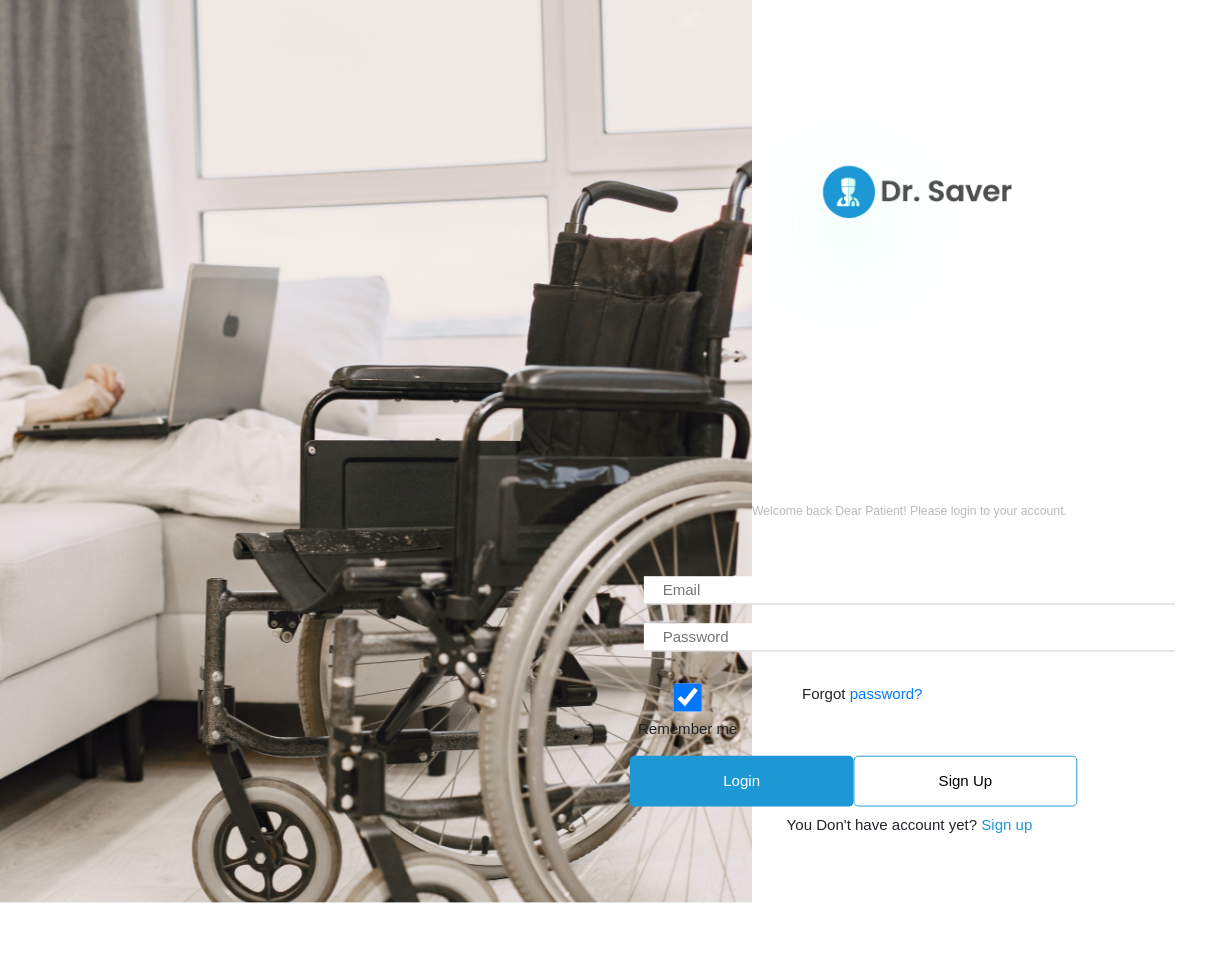
Repository: nsra/hadeel_doctor_system
Page: patient/Plogin.html
An editor plug-in stored every save of this project. The page is shown before and after a run of saves, followed by the edit.
The browser window is 1280 px wide. The page is 1295 px wide, so the pictures cover 1295 px, including what lies to the right of the window. The pictures show the whole page, at 94% of full size.
Some web fonts or font styles are not loaded; a fallback is used. Some web libraries are served in a nearby version.

Above is the page before, as saved 2022-03-29 16:56:24.

### patient/Plogin.html
<!DOCTYPE html>
<html lang="en">
<head>
    <meta charset="UTF-8">
    <meta http-equiv="content-type" content="text/html; charset=UTF-8">
    <title>DrSaver</title>
    <link rel="shortcut icon" href="../assets/img/doctor.png" type="image/x-icon">
    <link rel="stylesheet" href="https://maxcdn.bootstrapcdn.com/bootstrap/4.0.0/css/bootstrap.min.css" integrity="sha384-Gn5384xqQ1aoWXA+058RXPxPg6fy4IWvTNh0E263XmFcJlSAwiGgFAW/dAiS6JXm" crossorigin="anonymous">
    <link rel="stylesheet" href="https://pro.fontawesome.com/releases/v5.10.0/css/all.css" integrity="sha384-AYmEC3Yw5cVb3ZcuHtOA93w35dYTsvhLPVnYs9eStHfGJvOvKxVfELGroGkvsg+p" crossorigin="anonymous"/>
    <link rel="stylesheet" href="../assets/css/style.css" type="text/css">
    <link rel="preconnect" href="https://fonts.gstatic.com">
    <link href="https://fonts.googleapis.com/css2?family=Tajawal:wght@700&display=swap" rel="stylesheet">
    <meta name="viewport" content="width=device-width, initial-scale=1, shrink-to-fit=no">
</head>
<body>
<section class="loginSection">
    <div class="row window-full">
        <div class="hero col-6 float-right ">
           <img  src="../assets/img/plogin.png"></img>

        </div>
        <div class="col-6 float-left text-center">
            <img class="fleft" src="../assets/img/log1.png"></img>
            <div class="  pd-y">
               <br>
           <p  class="pcol">Welcome back Dear Patient! Please login to your account.</p>

          <form action="action_page.php" method="post">

              <input type="email" placeholder="Email" name="email" required>


              <input type="password" placeholder="Password" name="psw" required>
          <br>
          <div class="row"  >
              <label>
                <input type="checkbox" checked="checked" name="remember"> Remember me
              </label>
              <span class="psw">Forgot <a href="#">password?</a></span>
            </div>

    <div class="row"  >
        <button type="button" onclick="document.getElementById('id01').style.display='none'" class="loginbtn">Login</button>
        <button type="button" onclick="document.getElementById('id02').style.display='none'" class="signbtn">Sign Up</button>
      </div>
      <p>You Don't have account yet? <span id="cplue">Sign up</span> </p>


          </form>
        </div>
      </div>
    </div>
</section>

<script src="https://ajax.googleapis.com/ajax/libs/jquery/3.5.1/jquery.min.js"></script>
<!-- Popper.JS -->
<script src="https://cdnjs.cloudflare.com/ajax/libs/popper.js/1.14.0/umd/popper.min.js" integrity="sha384-cs/chFZiN24E4KMATLdqdvsezGxaGsi4hLGOzlXwp5UZB1LY//20VyM2taTB4QvJ" crossorigin="anonymous"></script>
<!-- Bootstrap JS -->
<script src="https://stackpath.bootstrapcdn.com/bootstrap/4.1.0/js/bootstrap.min.js" integrity="sha384-uefMccjFJAIv6A+rW+L4AHf99KvxDjWSu1z9VI8SKNVmz4sk7buKt/6v9KI65qnm" crossorigin="anonymous"></script>
<script src="assets/js/scripts.js"></script>

</body>
</html>

### assets/css/style.css
 /*common*/


.overlay{
    position:absolute;
    width:  100%;
    height: 100%;
    top: 0;
    left: 0;
    background-color: rgba(3, 3, 3, 0.7);
}
.hover-opacity{
    transition: opacity .5s;
}
.hover-opacity:hover{
opacity: 0.8;
}

/*general css*/
:root{
    --maincolor:#6195ff;
}
*{
    margin: 0;
    padding: 0;
    box-sizing: border-box;
}
ul{
    list-style: none;
}
.container{
    width: 80%;

    margin: auto;/*elment in the center*/
}
body{
    font-family: 'Varela Round', sans-serif;
}
.clear{
    clear: both;
}
h1,h2,h3,h4,h5,h6{
    font-family: montserrat,sans-serif;
}
button{
    font-family: inherit;
}
a{
    text-decoration: none;
}
.pd-y{
    padding: 100px 0;
}
.section-header{
    text-align: center;
    margin-bottom: 20px;
}
.section-header .section-title{
    font-size: 35px;
    text-transform: capitalize;
    margin-bottom: 10px;
}
.section-header .line{
display: block;
height: 5px;
width: 60px;
margin: 0 auto 70px auto;
background-color: var(--maincolor);
}

.ltr-effect,.tb-effect{
    position: relative;
}
.ltr-effect::after,.tb-effect::after{
position: absolute;
content: "";
top: 0;
right: 0;
left: 0;
bottom: 0;
background: #333;
z-index:-1 ;

}
.ltr-effect:hover::after{
width: 100%;
}
.ltr-effect::after{
    width: 0;
    transition: width 0.5s;
}
.tb-effect::after{
 height: 0;
 transition: height 0.5s;

}
.tb-effect:hover::after{
height: 100%;
}
/* header*/
.header{
    position:fixed;
    width: 100%;
    z-index: 15;
    height: 10%;
  }

 b{
     color: #ffff;

 }
.header .logo{
    width: 50%;
  float: left;
 }
.header .logo img{
    width: 120px;
    margin-left: 20px;
   }
.header .nav{
    width: 50%;
     float: left;
    list-style: none;
    text-align: right;
}
.header .nav > li{
    display: inline-block;

    text-align: right;
}
.header .nav > li > a{
    color: #fff;
    font-size: 15px;

    display: block;
    padding: 30px 15px;
}

.header .nav > li > a.active:after{
content: "";
display: block;
margin-top: 2px;
height: 3px;
background-color: #6195ff;
transition: width 0.5s;

}
.header .nav > li > a.active:after{
    width: 100%;
}

.header .nav > li > a:after{
width: 0;
}
.header .nav > li > a:hover::after{
    width: 100%;
    }
    .dropdown{
        position: relative;
    }
    .dropdown-menu{
        position: absolute;
        background: #6195ff;
        width: 150px;
        text-align: right;
        left: -50%;
        top: 70%;
        opacity: 0;
        visibility: hidden;
        transition: opacity 0.5s;
    }
    .dropdown-menu a{
        color:#fff;
        display: block;
        padding: 10px;

    }
    .dropdown:hover .dropdown-menu{
        opacity: 1;
        visibility:visible;
    }
/*Home section*/
.home{
    height: 100vh;
    background-image: url(../img/background.png);
    background-size: cover;
    position: relative;
}
.home-content{
    position: absolute;
    width: 65%;
    top: 50%;
    left: 50%;
    transform: translate(-50%,-50%);
    text-align: left;
}
.home .title{

margin: 20px 0;
color: var(--maincolor);
letter-spacing: 2px;
line-height: 1.5;
}
.home .home-desc{
    color: #fff;
    font-size: 3.5rem;
    text-transform: uppercase;
}
.home .btn{
    max-width: 150px;
    padding: 15px 0;
    border-radius: 5px;
    border: 0;
    cursor: pointer;
    font-size: 18px;
}

.home .btn-learn{
    background-color: #6195ff;
    color:#fff;

}

nav{
    font-size: 18px;
}
.navbar-light .navbar-brand{
    font-size: 32px;
 }

.navbar-light .navbar-nav .nav-link{
    color: black;
}

 #cplue{
     color:#1E97D5 ;
 }
 .bplue{
background-color: #dce0e4;
 color: #1E97D5;
 }
 .fleft{
     position: relative;
     margin-top: 11%;
    margin-right: 20%;
 }
 .fright{
     position:absolute;
     right:20%;
     top: 20%;
 }
 .pcol{
     color: rgb(189, 185, 185);
     font-size: small;
 }

/*About section*/

.about-content{
    overflow: hidden;
}
.about-item{
     width: 30%;
    float: left;
text-align: center;
border: 1px solid #e8e8e8;
padding: 50px 20px;
}

.about-item.mg{
    margin: 0 5%;
}
.about-item:hover .about-item-title{
    color: #fff;
}
.about-item .icon{
    color: #6195ff;
    margin-bottom: 10px;
}
.about-item-title{
    text-transform: capitalize;
    margin-bottom: 10px;
    transition: color 0.5s;
}
.about-item-desc{
    line-height: 1.6;
    margin-bottom: 10px;
    color:#999 ;
}
.about-item-link{
color: #6195ff;
text-transform: capitalize;
}

/*number section*/
.numbers{
    position: relative;
    background-image: url(../img/background.png);
    background-size: cover;
    background-attachment: fixed;
    height: 300px;
}
.numbers-item{
    overflow: hidden;

}
.number-item{
width: 25%;
float: left;
text-align: center;
}
.number-item .icon{
    color: #6195ff;
    margin-bottom: 15px;
}
.number-item-title{
    font-weight: bold;
    font-size: 30px;
    color: #fff;

}
.number-item-text{
    color: #fff;
}

/*Blog page*/
.blog{
    background: #f9f9f9;
}

.blog-content{
    overflow: hidden;
}
.blog-item{
    width: 30%;
    float: left;
    background: #fff;
}
.blog-item-img img{
width: 100%;
}

.blog-info{
    padding: 20px;
}

.blog-list{
    list-style: none;
    margin: 20px 0;
}
.blog-list li{
    display: inline-block;
    margin: 0 5px;
}

.blog-list li i{
    color: #6195ff;
}
.blog-title{
    font-weight: bold;
    margin: 20px 0;
}
.blog-desc{
    color: #999;
    margin-bottom: 10px;
    line-height: 1.5;
 }
.blog-link{
    color: #6195ff;
}
.blog-item.mg{
    margin: 0 5%;
}

/*contact section*/

/*footer section*/
.footer{
    background: #1c1d23;
    text-align: center;
    padding: 60px 0;
}
.footer-links{
    list-style: none;
    margin: 20px 0;
}
.footer-links li{
    display: inline-block;

}
.footer-links li a{
    display: block;
    width: 50px;
    height: 50px;
    background: #6195ff;
    color: #fff;
    margin: 0 5px;
    border-radius: 50%;
}
.footer-links li a i{
    line-height: 50px;
}

.footer .copyright{
    color: #999;
    font-size: 15px;
    text-transform: uppercase;
}

 /********login******/


  /* Full-width inputs */
  input[type=text], input[type=password] ,input[type=email],input[type=number],input[type=date],input[type=submit]{
    width: 100%;
    padding: 12px 20px;
    margin: 10px 0 ;

    display:flex;
    border: none;
    border-bottom: 1px solid #ccc;

  }

  /* Set a style for all buttons */
  button {
    background-color: #1E97D5;
    color: white;
    padding: 14px 20px;
    margin: 8px 0;
    border: none;
    cursor: pointer;
    width: 40%;

    border-radius: 5px;
  }
  .but{
    padding-top: 10%;
  margin-left: 10%;

    align-items: center;
  }
  /* Add a hover effect for buttons */
  button:hover {
    opacity: 0.8;
  }



  /* Add padding to containers */
  .container {
    padding: 16px;

  }

  .psw{
      margin-left: 60px;
  }
  .signbtn{
      color: #000;
      background-color: #fff;
      border: 1px solid #1E97D5;
  }
  .signbtn:hover{
    background-color: #1E97D5;
    opacity: 0.8;
  }
  .fname{
    position: relative;
  margin-right: 10%;
  }
  .lname {
    position: absolute;
    top: 20%;
    left: 50%;
  }

  /* Change styles for span and cancel button on extra small screens */
  @media screen and (max-width: 300px) {
    span.psw {
      display: block;
      float: none;
    }
    .cancelbtn {
      width: 100%;
    }
  }

.rate{
    margin: 10px;
    float: left;
    background: #eeeeee;
    border-radius: 30px;
}
.rate i{
    color: #ffdb00;
}

.footer {
    display: flex;
    flex-flow: row wrap;
    padding: 30px 30px 20px 30px;
    color: #2f2f2f;
    background-color: #fff;
    border-top: 1px solid #e5e5e5;
  }

  .footer > * {
    flex:  1 100%;
  }

  .footer__addr {
    margin-right: 1.25em;
    margin-bottom: 2em;
  }

  .footer__logo {
    font-family: 'Pacifico', cursive;
    font-weight: 400;
    text-transform: lowercase;
    font-size: 1.5rem;
  }

  .footer__addr h2 {
    margin-top: 1.3em;
    font-size: 15px;
    font-weight: 400;
  }

  .nav__title {
    font-weight: 400;
    font-size: 15px;
  }

  .footer address {
    font-style: normal;
    color: #999;
  }

  .footer__btn {
    display: flex;
    align-items: center;
    justify-content: center;
    height: 36px;
    max-width: max-content;
    background-color: rgb(33, 33, 33, 0.07);
    border-radius: 100px;
    color: #2f2f2f;
    line-height: 0;
    margin: 0.6em 0;
    font-size: 1rem;
    padding: 0 1.3em;
  }

  .footer ul {
    list-style: none;
    padding-left: 0;
  }

  .footer li {
    line-height: 2em;
  }

  .footer a {
    text-decoration: none;
  }

  .footer__nav {
    display: flex;
      flex-flow: row wrap;
  }

  .footer__nav > * {
    flex: 1 50%;
    margin-right: 1.25em;
  }

  .nav__ul a {
    color: #999;
  }

  .nav__ul--extra {
    column-count: 2;
    column-gap: 1.25em;
  }

  .legal {
    display: flex;
    flex-wrap: wrap;
    color: #999;
  }

  .legal__links {
    display: flex;
    align-items: center;
  }

.social{
    padding-top: 50px;
    margin-left: 700px;

}
.socialItem{
   color: #1E97D5;
    border-radius: 50%;
    line-height: 2;
    margin: 15px;
}
.socialItem:hover{
    background: #6db4e4;
    border:  2px white;

}
  .heart {
    color: #2f2f2f;
  }

  @media screen and (min-width: 24.375em) {
    .legal .legal__links {
      margin-left: auto;
    }
  }

  @media screen and (min-width: 40.375em) {
    .footer__nav > * {
      flex: 1;
    }

    .nav__item--extra {
      flex-grow: 2;
    }

    .footer__addr {
      flex: 1 0px;
    }

    .footer__nav {
      flex: 2 0px;
    }
  }
/******** about page ***********/
.heroSection img{
    border-radius: 30px;
}
/******** Pprofile page ***********/

.sidebar {
  margin: 0;
  margin-left: 10%;
  padding: 0;
  width: 30%;
  text-align: center;
  position: absolute;
  height: 100%;
  overflow: auto;

}

.sidebar a {
  display: block;
  color: black;
  padding: 16px;
  text-decoration: none;
}

@media screen and (max-width: 700px) {
  .sidebar {
    width: 100%;
    height: auto;
    position: relative;
  }
  .sidebar a {float: left;}
  div.content {margin-left: 0;}
}

@media screen and (max-width: 400px) {
  .sidebar a {
    text-align: center;
    float: none;
  }
}


.card{
  width: 95%;
 }

.update{

border: none;
margin-left: 100px;
color: white;
padding: 15px 32px;
text-align: center;
text-decoration: none;
display: inline-block;
font-size: 16px;
}

 ul{
  list-style-type: none;
 }

 input,select{
  height: 30px;
  border:none;
  border-bottom: 1px solid gray;
  outline: none;
 width: 100%;

}
.staryel{
     color: yellow;
 }
form{
display: flex;

width: 100%;
height: 90%;
margin-top:20px;
padding:30px;
display: flex;

flex-direction: column;
justify-content: space-around;
border-radius: 5px;

}

### assets/js/scripts.js
$("#profileImage").click(function(e) {
    $("#imageUpload").click();
});
/****** 100 vh section **********/
var elements = document.getElementsByClassName('window-full');
var windowheight = window.innerHeight + "px";

fullheight(elements);
function fullheight(elements) {
    for(let el in elements){
        if(elements.hasOwnProperty(el)){
            elements[el].style.height = windowheight;
        }
    }
}

window.onresize = function(event){
    fullheight(elements);
}

After the next 2 saves:
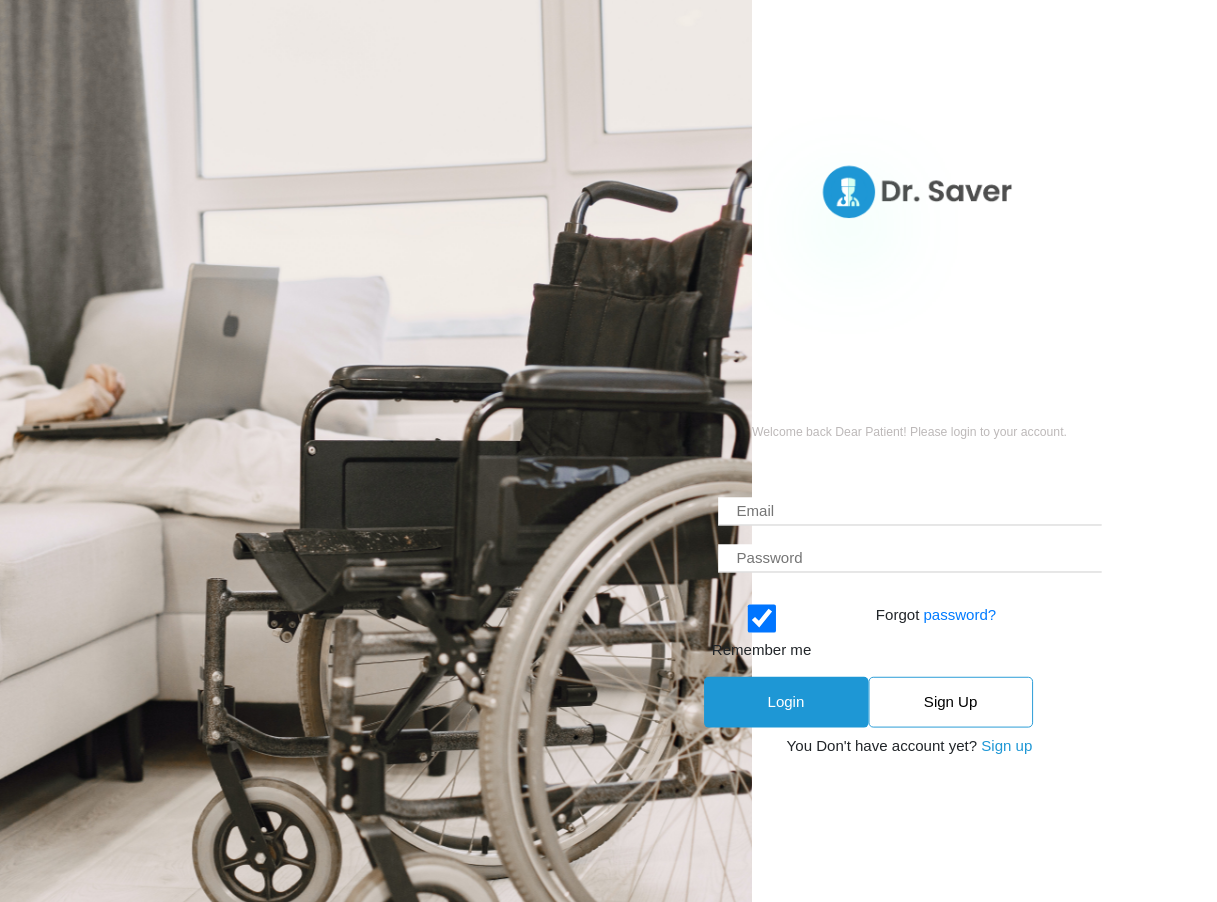
The 2 saves are shown as one change because they came seconds apart.
The last was saved 15 s later.
--- a/patient/Plogin.html
+++ b/patient/Plogin.html
@@ -21,7 +21,7 @@
         </div>
         <div class="col-6 float-left text-center">
             <img class="fleft" src="../assets/img/log1.png"></img>
-            <div class="  pd-y">
+            <div class=" container pd-y">
                <br>
            <p  class="pcol">Welcome back Dear Patient! Please login to your account.</p>
 
